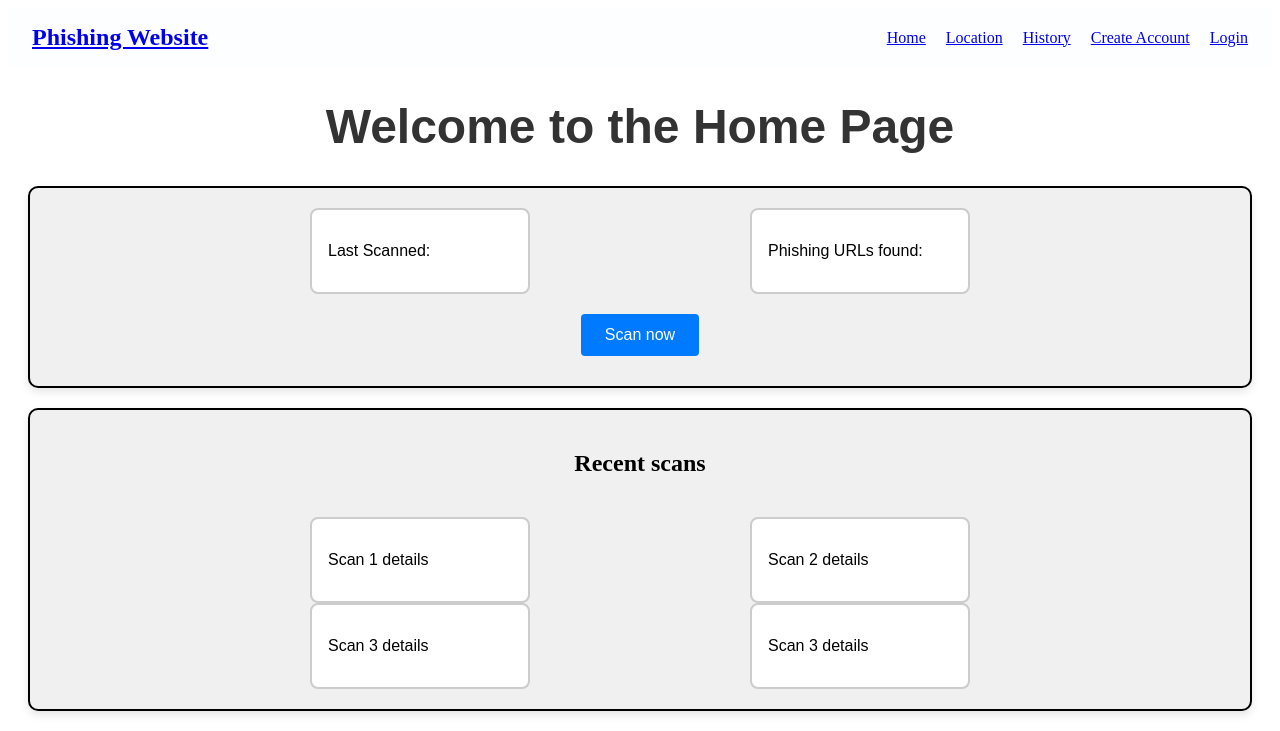
Repository: 2305199/Final-year-project
Page: / (app in frontend/)
The author's editor kept a copy of each file at every save. The page is drawn from the files as they stood at one save, then again after the next save.
The browser window is 1280 px wide. The pictures show the whole page.
The project was rebuilt for these pictures with package versions that can differ from the ones it lists, and the page was loaded fresh each time. Also part of the build but not shown: frontend/vite.config.js, frontend/src/Location/Location.jsx, frontend/src/History/History.jsx, frontend/src/User/CreateAccount.jsx, frontend/src/User/Login.jsx.

Above is the page before, as saved 2026-01-29 01:38:23.

### frontend/src/App.jsx
import { BrowserRouter as Router, Routes, Route } from 'react-router-dom';
import Home from './Home/Home.jsx'
import Location from './Location/Location.jsx'
import History from './History/History.jsx'
import CreateAccount from './User/CreateAccount.jsx'
import Login from './User/Login.jsx'
import Header from './components/Header.jsx'

function App() {

  return (
    <Router>
    <Header />
   <Routes>
      <Route path="/" element={<Home />} />
      <Route path="/location" element={<Location />} />
      <Route path="/history" element={<History />} />
      <Route path="/createAccount" element={<CreateAccount />} />
      <Route path="/login" element={<Login />} />
   </Routes>
    </Router>
  )
}

export default App

### frontend/src/Home/Home.jsx
import styles from './Home.module.css'
function Home() {
    return ( <div>
        <div className={styles.title}> <h1>Welcome to the Home Page</h1></div>


<div className={styles.Box}>
  <div className={styles.topRow}>
    <div className={styles.Lscanned}>
      <p>Last Scanned:</p>
    </div>

    <div className={styles.Pfound}>
      <p>Phishing URLs found:</p>
    </div>
  </div>

  <button className={styles.scanButton}>Scan now</button>
</div>



    <div className={styles.Box}>
        <h2>Recent scans</h2>
        <div className={styles.recentScans}>
            <div className={styles.topRow}>
            <div className={styles.Lscanned}><p>Scan 1 details</p></div>
            <div className={styles.Lscanned}><p>Scan 2 details</p></div>
            </div>
            <div className={styles.topRow}>
            <div className={styles.Lscanned}><p>Scan 3 details</p></div>
             <div className={styles.Lscanned}><p>Scan 3 details</p></div>
             </div>
        </div>
    </div>

    </div>)
}
export default Home

### frontend/src/components/Header.jsx
import styles from './Header.module.css'
function Header() {
    return (   <nav className={styles.navbar}>
      <h1 className={styles.logo}>
        <a href="/">Phishing Website</a>
      </h1>

      <ul className={styles.navLinks}>
        <li><a href="/">Home</a></li>
        <li><a href="/location">Location</a></li>
        <li><a href="/history">History</a></li>
        <li><a href="/createAccount">Create Account</a></li>
        <li><a href="/login">Login</a></li>
      </ul>
    </nav>)

}
export default Header

### frontend/src/Home/Home.module.css
.title{
    text-align: center;
    font-size: 1.5rem;
    margin-bottom: 20px;
    color: #333;
    font-family: 'Arial', sans-serif;
}
.Box{
    display: flex;
    flex-direction: column;
    align-items: center;
    justify-content: center;
   border: 2px solid black;
    padding: 20px;
    margin: 20px;
    background-color: #f0f0f0;
    border-radius: 10px;
    box-shadow: 0 4px 8px rgba(0, 0, 0, 0.1);

}
.container {
  display: grid;
  gap: 20px;
}

.Box {
  display: flex;
  flex-direction: column;
  align-items: center;
  gap: 20px;
}

.Lscanned,
.Pfound {
  border: 2px solid #ccc;
  padding: 16px;
  border-radius: 8px;
  background-color: #ffffff;
  font-family: 'Arial', sans-serif;
  width: 220px;
  box-sizing: border-box;
  margin-right: 100px;
  margin-left: 100px;
}

.scanButton {
  padding: 12px 24px;
  font-size: 16px;
  background-color: #007bff;
  color: #ffffff;
  border: none;
  border-radius: 4px;
  cursor: pointer;
  transition: background-color 0.3s ease;
  margin-bottom: 10px;

}
.scanButton:hover {
  background-color: #0056b3;}
.topRow {
  display: flex;
  flex-direction: row; /* side by side */
  gap: 20px;
  align-items: center;
}

### frontend/src/components/Header.module.css
.navLinks {
  list-style: none;
  display: flex;
  gap: 20px;
  margin: 0;
  padding: 0;
}
.navbar {
  display: flex;
  justify-content: space-between;
  align-items: center;
  padding: 16px 24px;
  background-color: #fdfeff; /* dark navbar */
}
.logo {
  margin: 0;
  font-size: 24px;
}

Loaded but not shown: frontend/index.html (common file); frontend/src/main.jsx (common file); frontend/src/index.css (no stored copy; drawn as an empty file)

After the next save:
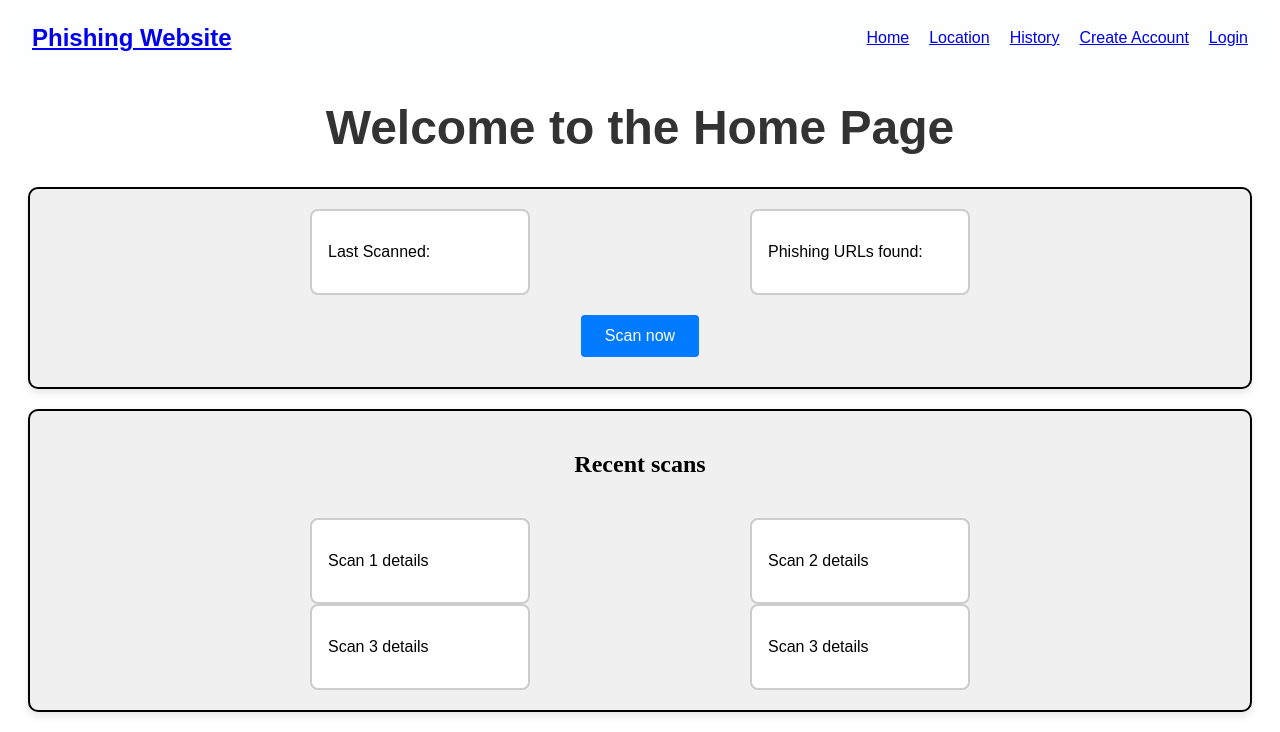
Saved 35 s later.
--- a/frontend/src/components/Header.module.css
+++ b/frontend/src/components/Header.module.css
@@ -11,6 +11,7 @@
   align-items: center;
   padding: 16px 24px;
   background-color: #fdfeff; /* dark navbar */
+  font-family: Arial, Helvetica, sans-serif;
 }
 .logo {
   margin: 0;
